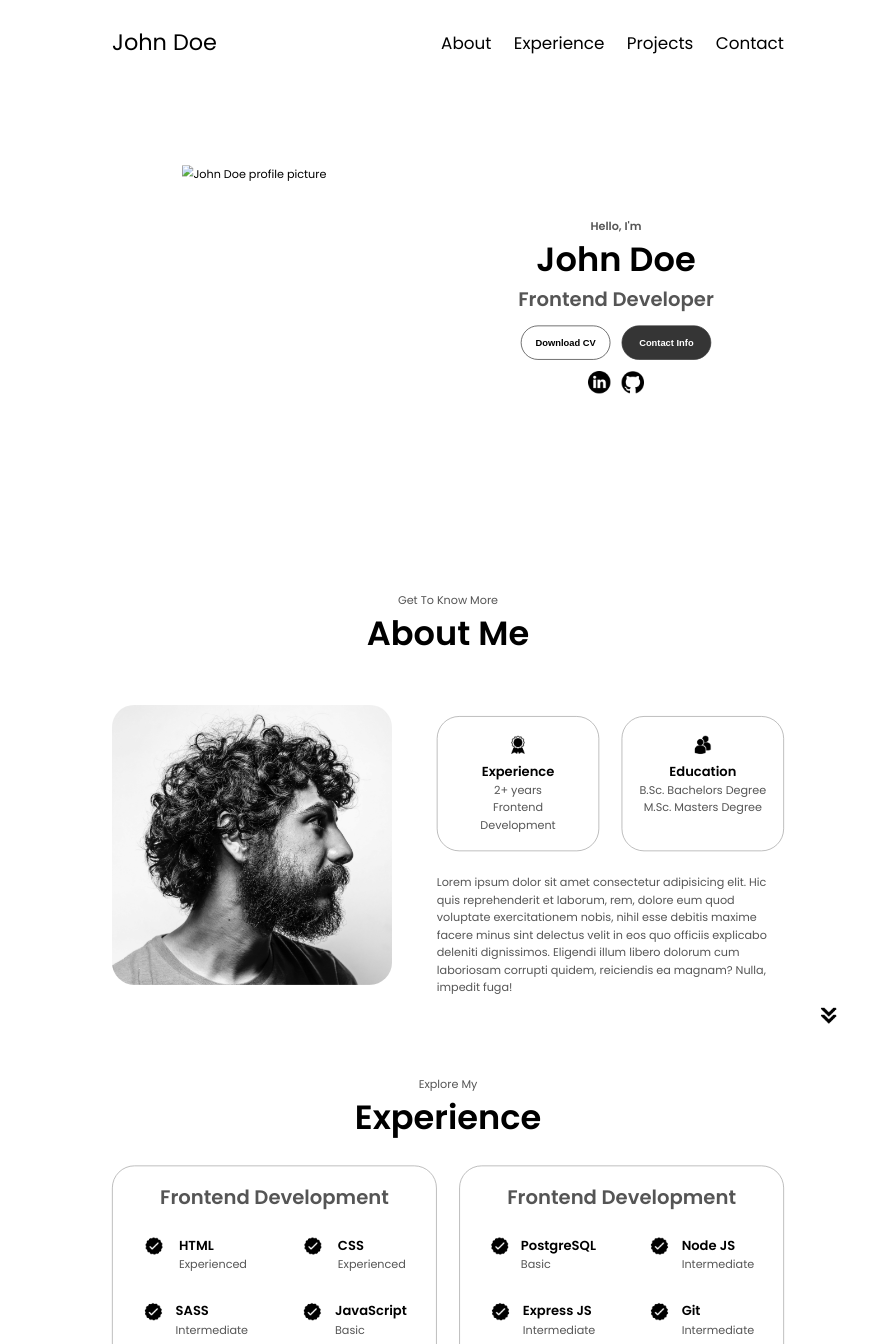
Repository: Pradnya-07/Portfolio-Pradnya
Page: index.html
An editor plug-in stored every save of this project. The page is shown before and after the next save, followed by the edit.
The browser window is 1280 px wide. The pictures show the part of the page from y = 0 to 1920 px (the page is 4127 px tall), at 70% of full size.
A picture or video elsewhere on the page could not be fetched, so the positions and the page height are approximate.

Above is the page before, as saved 2025-04-07 15:50:12.
Not found: assets/profile-pic.png

After the next save:
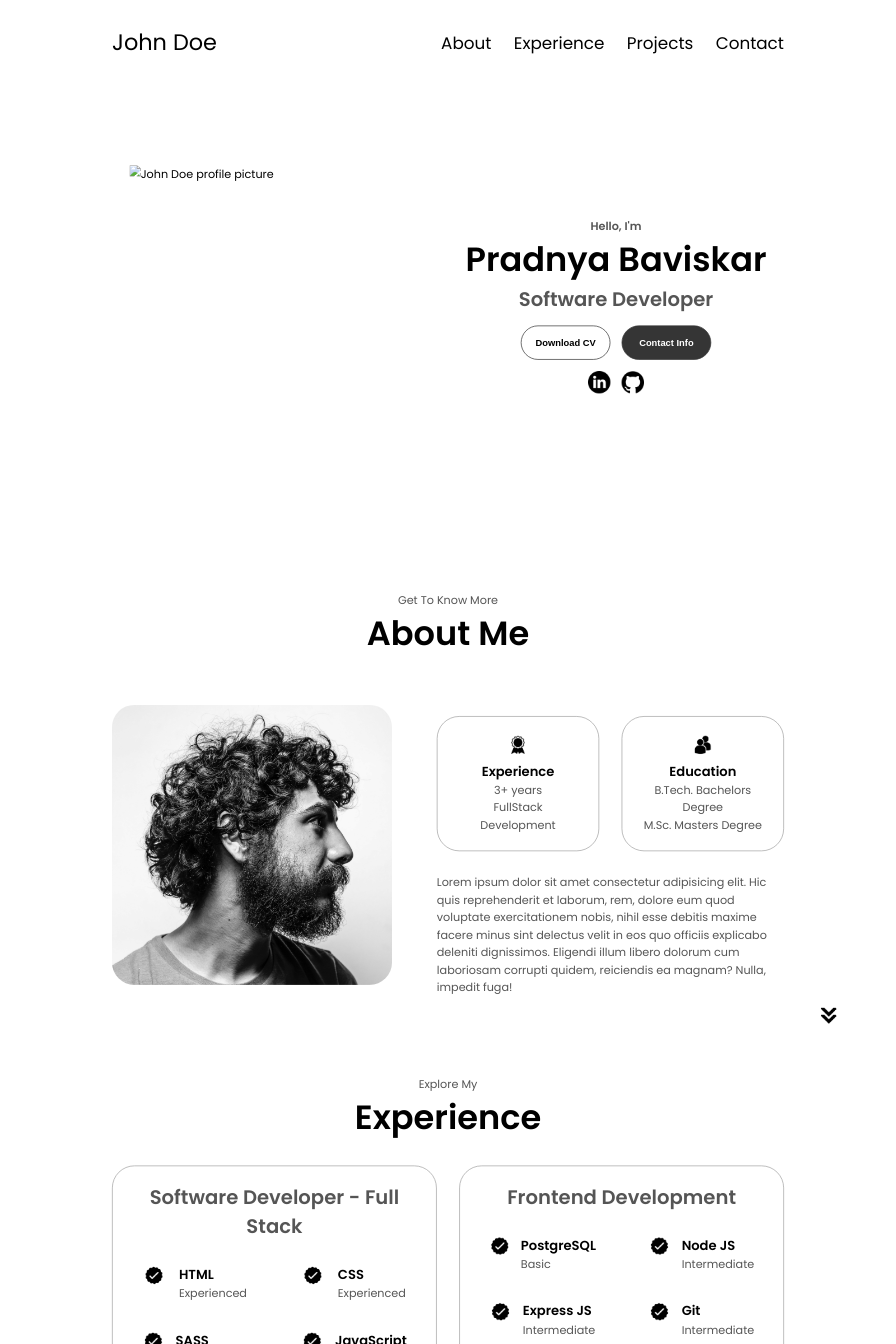
Saved 7 min 43 s later.
--- a/index.html
+++ b/index.html
@@ -42,8 +42,8 @@
       </div>
       <div class="section__text">
         <p class="section__text__p1">Hello, I'm</p>
-        <h1 class="title">John Doe</h1>
-        <p class="section__text__p2">Frontend Developer</p>
+        <h1 class="title">Pradnya Baviskar</h1>
+        <p class="section__text__p2">Software Developer</p>
         <div class="btn-container">
           <button
             class="btn btn-color-2"
@@ -91,7 +91,7 @@
                 class="icon"
               />
               <h3>Experience</h3>
-              <p>2+ years <br />Frontend Development</p>
+              <p>3+ years <br />FullStack Development</p>
             </div>
             <div class="details-container">
               <img
@@ -100,7 +100,7 @@
                 class="icon"
               />
               <h3>Education</h3>
-              <p>B.Sc. Bachelors Degree<br />M.Sc. Masters Degree</p>
+              <p>B.Tech. Bachelors Degree<br />M.Sc. Masters Degree</p>
             </div>
           </div>
           <div class="text-container">
@@ -128,7 +128,7 @@
       <div class="experience-details-container">
         <div class="about-containers">
           <div class="details-container">
-            <h2 class="experience-sub-title">Frontend Development</h2>
+            <h2 class="experience-sub-title">Software Developer - Full Stack</h2>
             <div class="article-container">
               <article>
                 <img
